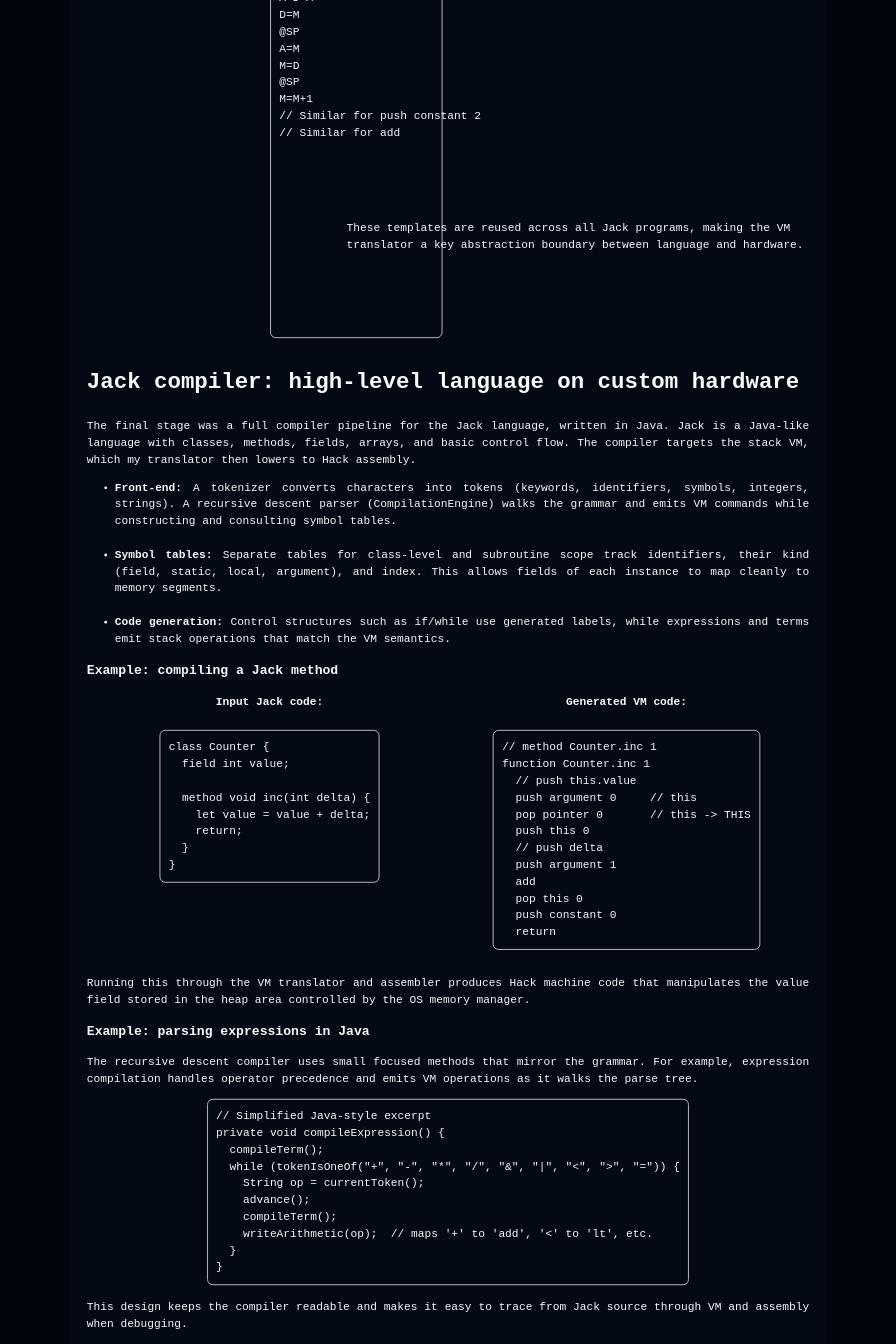
Repository: Abdulaziz-04/Abdulaziz-04.github.io
Page: deepdives/backend_systems/nand2tetris/nand2tetris.html
The author's editor kept a copy of each file at every save. The page is drawn from the files as they stood at one save, then again after the next save.
The browser window is 1280 px wide. The pictures show the part of the page from y = 3857 to 5777 px (the page is 6582 px tall before and 6201 px after), at 70% of full size.

Above is the page before, as saved 2025-11-20 21:31:56.

After the next save:
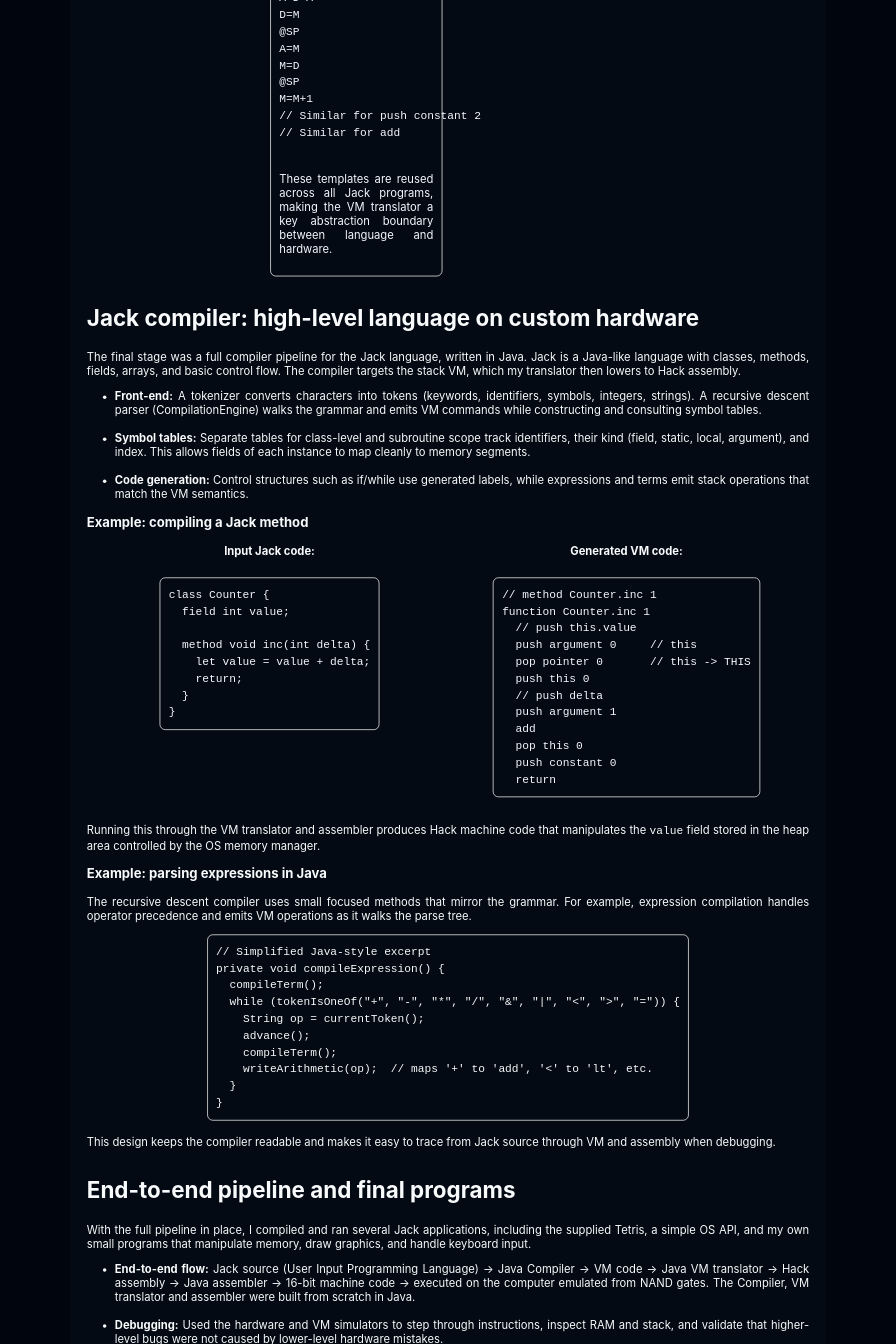
Saved 11 s later.
--- a/deepdives/backend_systems/nand2tetris/nand2tetris.html
+++ b/deepdives/backend_systems/nand2tetris/nand2tetris.html
@@ -410,6 +410,7 @@ M=D
 M=M+1
 // Similar for push constant 2
 // Similar for add
+</code></pre>
 
 
         <p>
